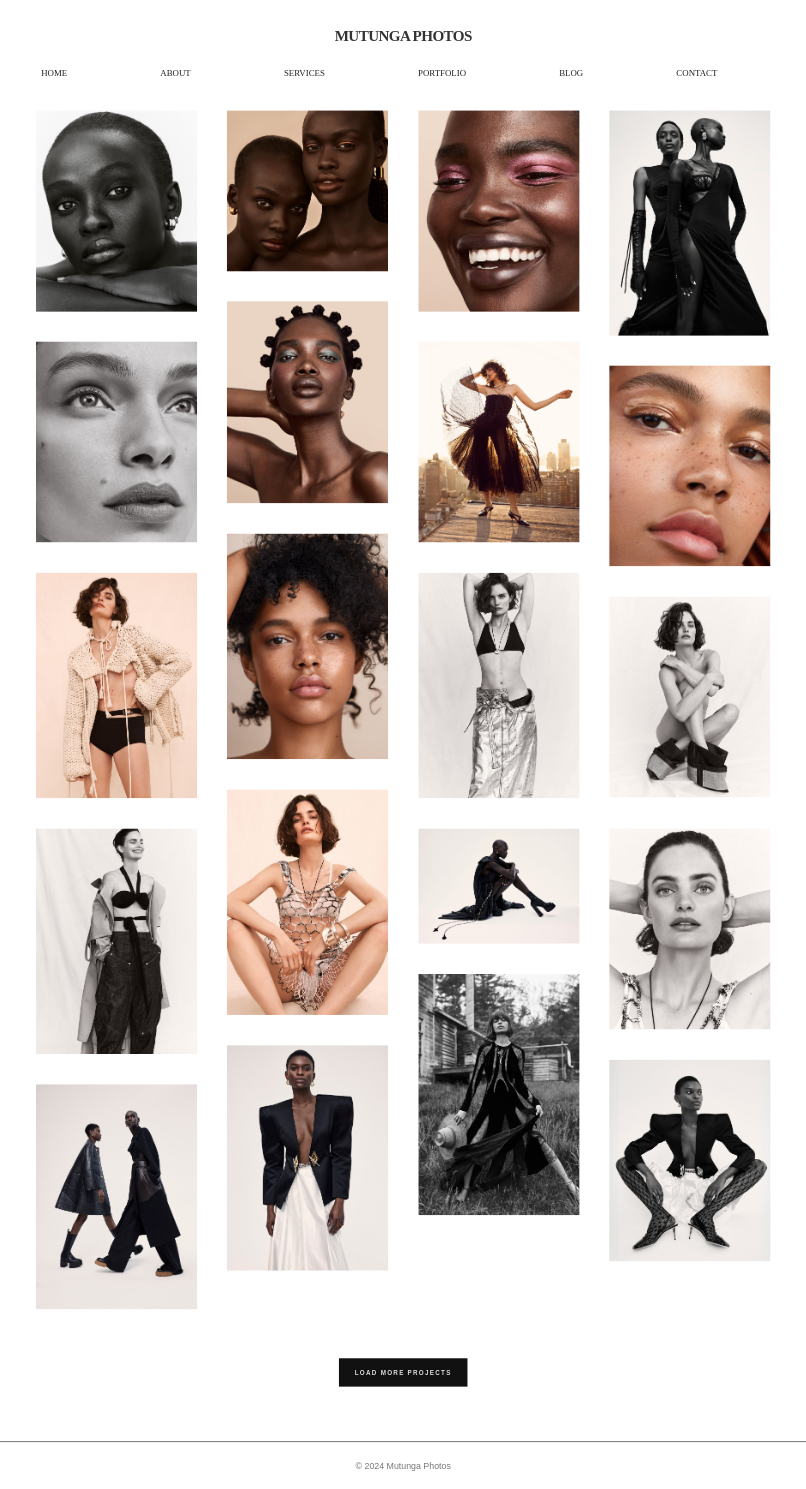
Repository: Jonar254/mutunga-concept-01
Page: index.html
The author's editor kept a copy of each file at every save. The page is drawn from the files as they stood at one save, then again after a run of saves.
The browser window is 1280 px wide. The pictures show the whole page, at 63% of full size.
Some web fonts or font styles are not loaded; a fallback is used.

Above is the page before, as saved 2024-07-02 18:40:28.

After the next 3 saves:
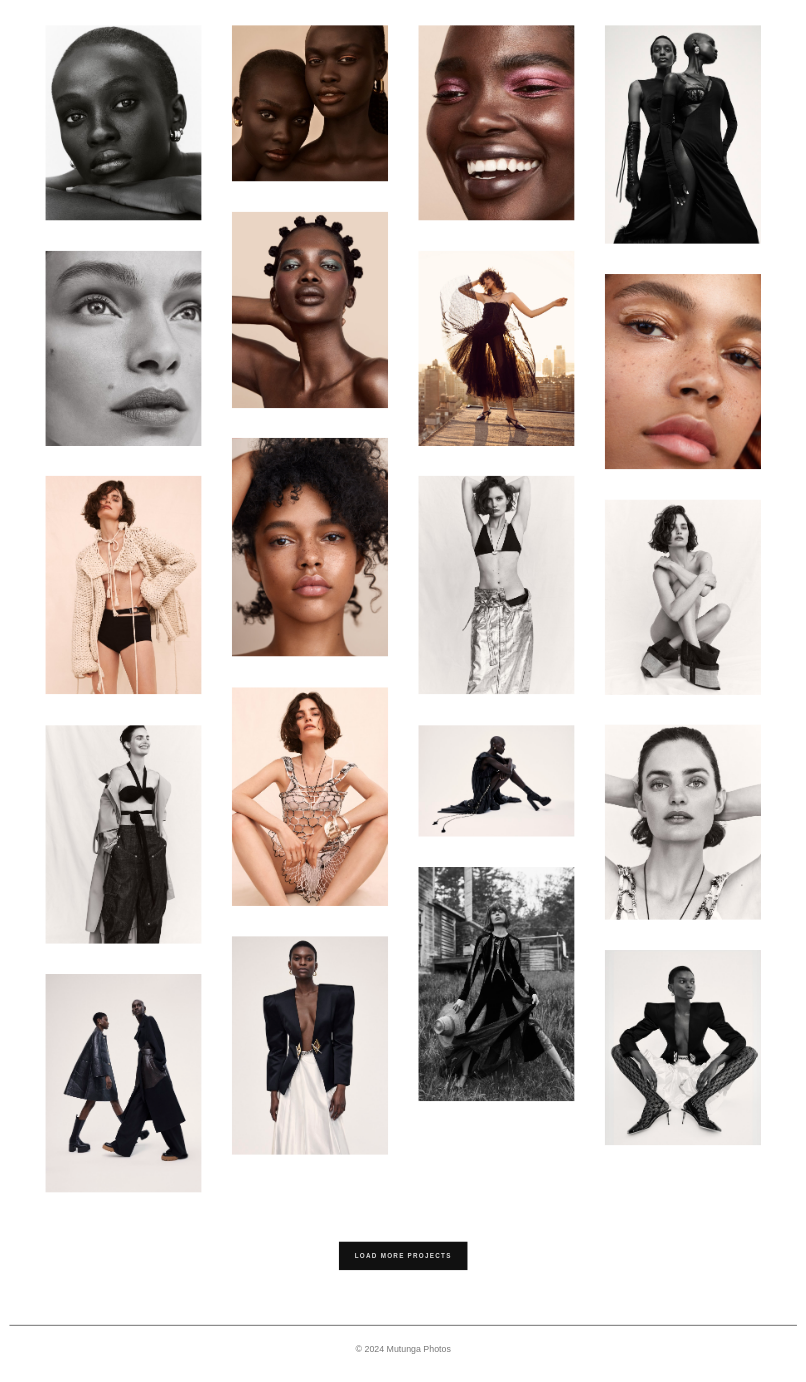
The 3 saves are shown as one change because they came seconds apart.
The last was saved 27 min 38 s later.
--- a/index.html
+++ b/index.html
@@ -54,7 +54,7 @@
                 <div class="row d-flex flex-column align-items-center">
                     <div class="col-12 text-center pt-lg-4">
                         <div class="site-branding">
-                            <a href="#"><h2 class="site-title fw-bold"> <span>MUTUNGA</span> <span>PHOTOS</span></h2></a>
+                            <a href="#"><!--<h2 class="site-title fw-bold"> <span>MUTUNGA</span> <span>PHOTOS</span></h2></a>
                         </div>
                     </div>
                     <div class="col-12 text-center">
